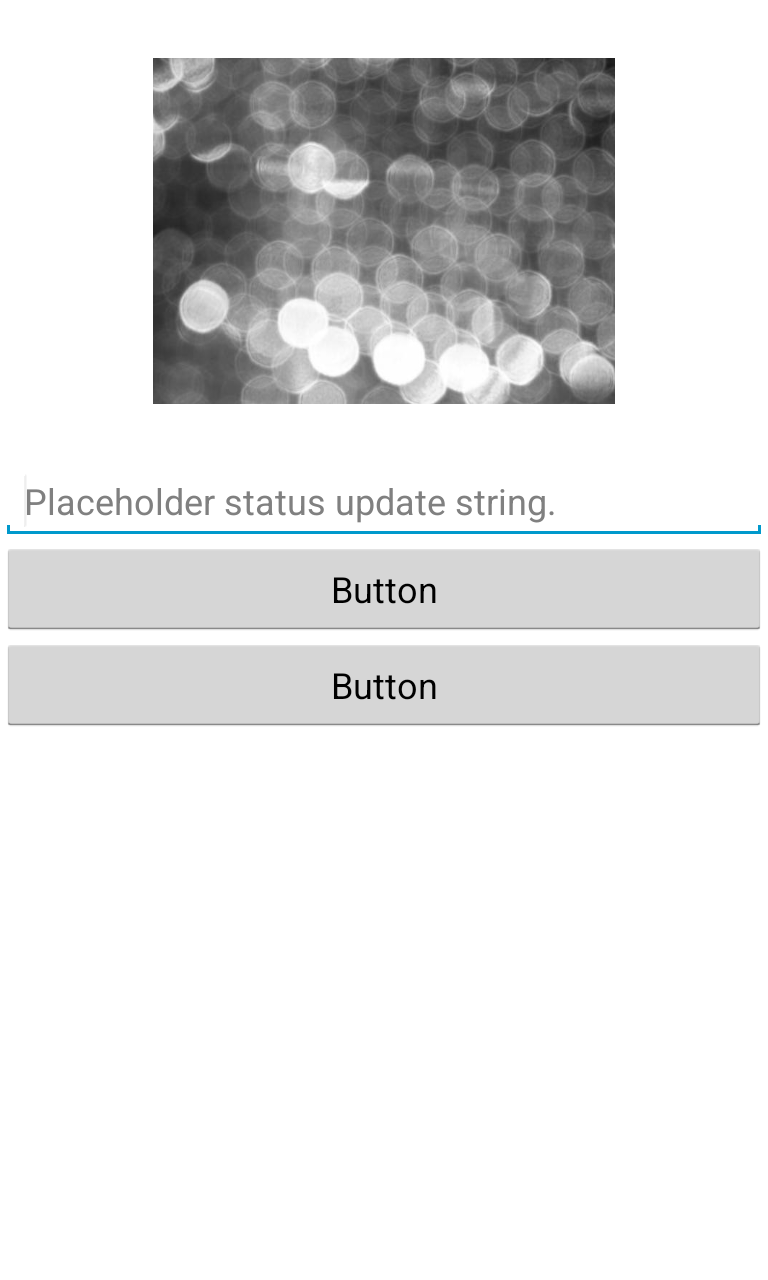
Repository: scottcaruso/mdf3_here_i_am_camera_app
Layout: HereIAm/res/layout/photo_and_location_display.xml
The author's editor kept a copy of each file at every save. The layout is drawn from the files as they stood at one save, then again after the next save.
It is drawn on a 768 x 1280 px phone screen (xhdpi) without system bars, with theme AppTheme; the app's code is not run.

Above is the layout before, as saved 2013-09-12 04:09:31.

### HereIAm/res/layout/photo_and_location_display.xml
<?xml version="1.0" encoding="utf-8"?>
<LinearLayout xmlns:android="http://schemas.android.com/apk/res/android"
    android:layout_width="match_parent"
    android:layout_height="match_parent"
    android:orientation="vertical" >

    <ImageView
        android:id="@+id/capturedImage"
        android:layout_width="231dp"
        android:layout_height="231dp"
        android:layout_gravity="center"
        android:src="@drawable/placeholder" />

    <EditText
        android:id="@+id/statusUpdate"
        android:layout_width="match_parent"
        android:layout_height="wrap_content"
        android:ems="10"
        android:inputType="textMultiLine"
        android:hint="@string/placeholder_status_update_string_">

        <requestFocus />
    </EditText>

    <Button
        android:id="@+id/facebookbutton"
        android:layout_width="match_parent"
        android:layout_height="wrap_content"
        android:text="Button" />

    <Button
        android:id="@+id/button2"
        android:layout_width="match_parent"
        android:layout_height="wrap_content"
        android:text="Button" />

</LinearLayout>

### HereIAm/res/values/strings.xml
<?xml version="1.0" encoding="utf-8"?>
<resources>

    <string name="app_name">Here I Am</string>
    <string name="action_settings">Settings</string>
    <string name="hello_world">Hello world!</string>
    <string name="find_me_now_">Find Me Now!</string>
    <string name="placeholder_status_update_string_">Placeholder status update string.</string>

</resources>

Loaded but not shown: HereIAm/res/values/styles.xml (common file); HereIAm/res/values-v11/styles.xml (common file); HereIAm/res/values-v14/styles.xml (common file)

After the next save:
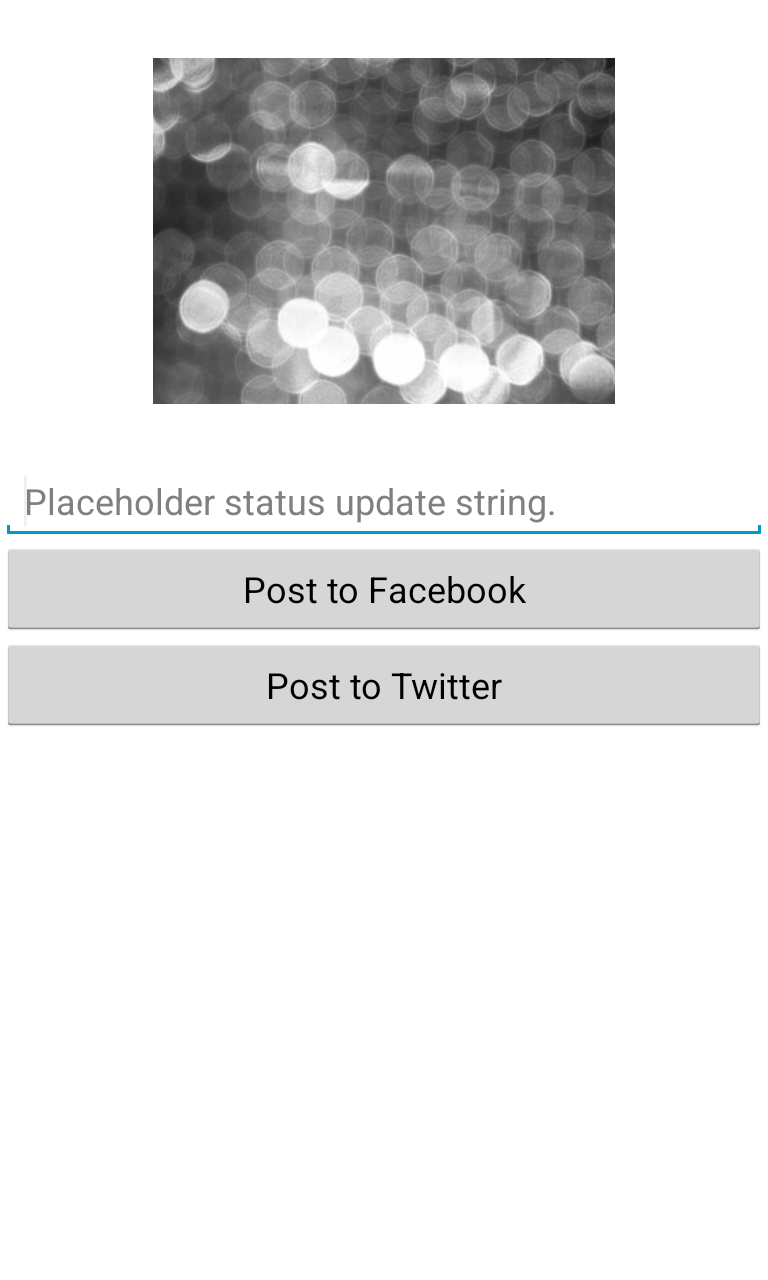
Saved 12 s later.
--- a/HereIAm/res/layout/photo_and_location_display.xml
+++ b/HereIAm/res/layout/photo_and_location_display.xml
@@ -26,12 +26,12 @@
         android:id="@+id/facebookbutton"
         android:layout_width="match_parent"
         android:layout_height="wrap_content"
-        android:text="Button" />
+        android:text="Post to Facebook" />
 
     <Button
-        android:id="@+id/button2"
+        android:id="@+id/twitterbutton"
         android:layout_width="match_parent"
         android:layout_height="wrap_content"
-        android:text="Button" />
+        android:text="Post to Twitter" />
 
 </LinearLayout>
